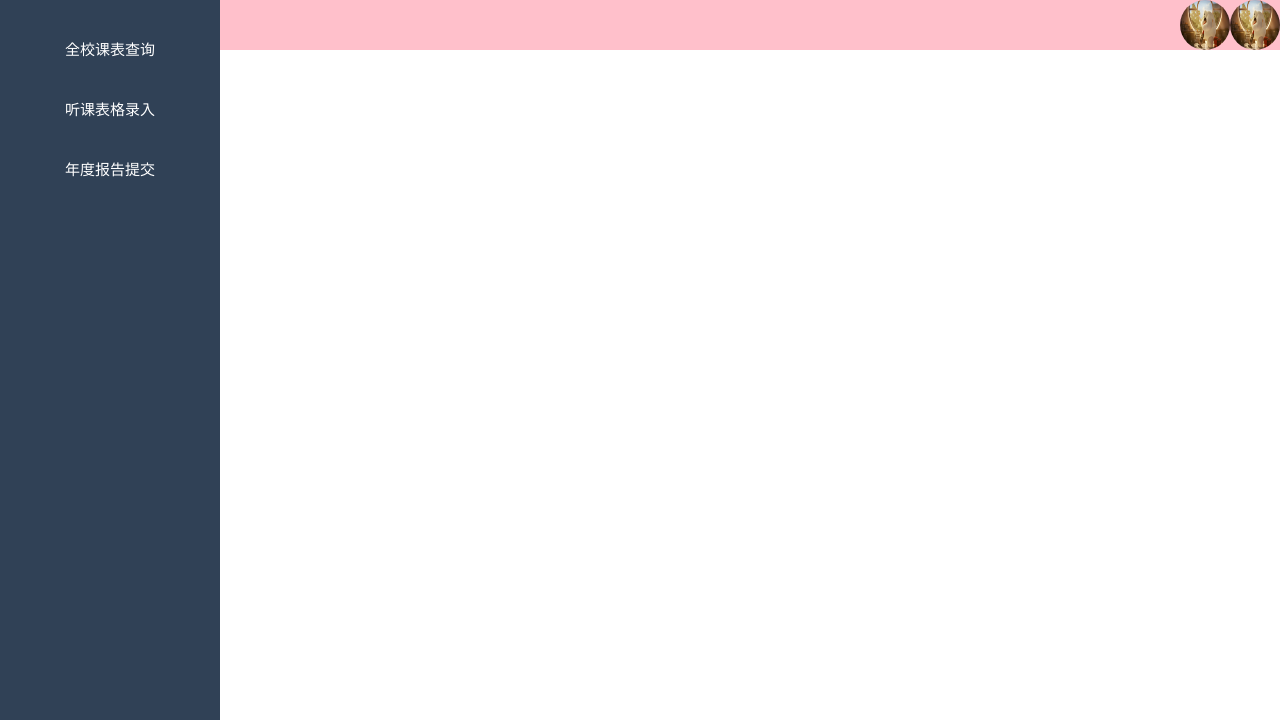
Repository: shandamengcheng/graduate-project
Page: /home
These files come from the project's save history. The page is drawn as it stood at one moment and after a run of saves; the edit follows.
The browser window is 1280 px wide. The pictures show the whole page.
The project was rebuilt for these pictures with package versions that can differ from the ones it lists, and the page was loaded fresh each time. Also part of the build but not shown: src/views/Login.vue.

Above is the page before, as saved 2021-03-10 23:59:35.

After the next 2 saves:
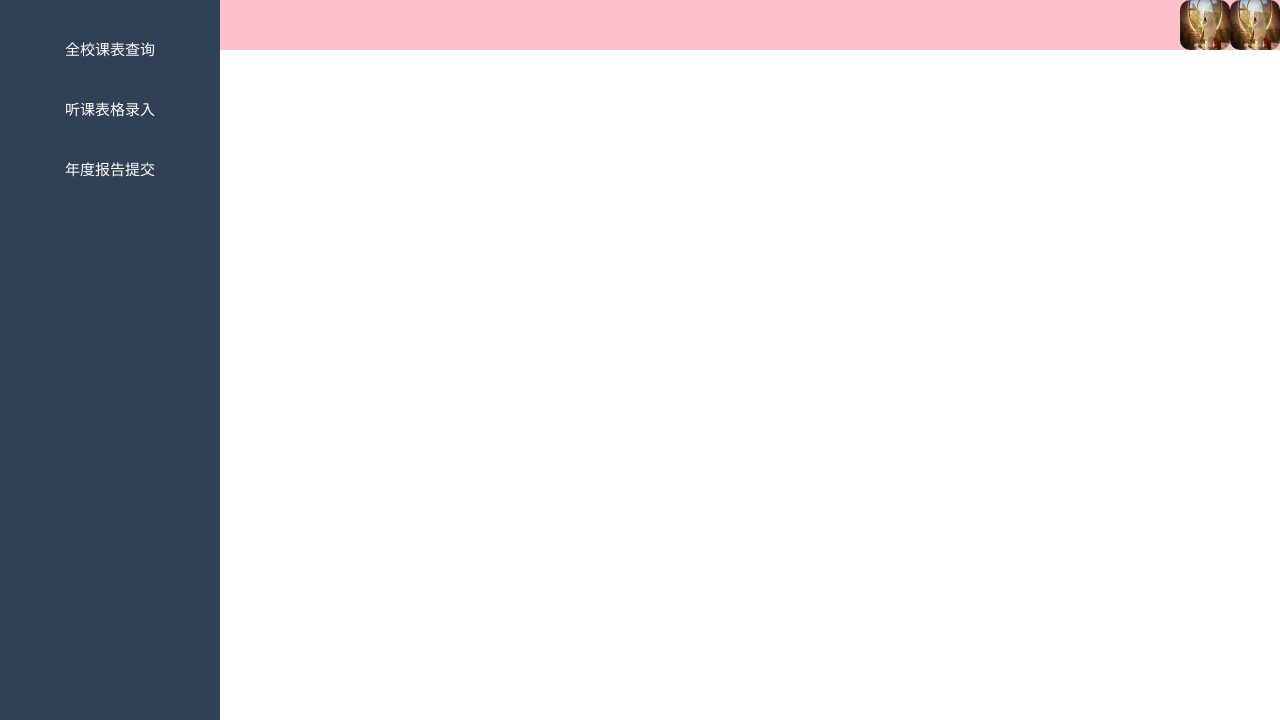
The 2 saves are shown as one change because they came seconds apart.
The last was saved 27 s later.
--- a/src/views/NavigationBar.vue
+++ b/src/views/NavigationBar.vue
@@ -23,6 +23,6 @@ export default {
   display: inline-block;
   height: 100%;
   width: 50px;
-  border-radius: 50%;
+  border-radius: 10px;
 }
 </style>
